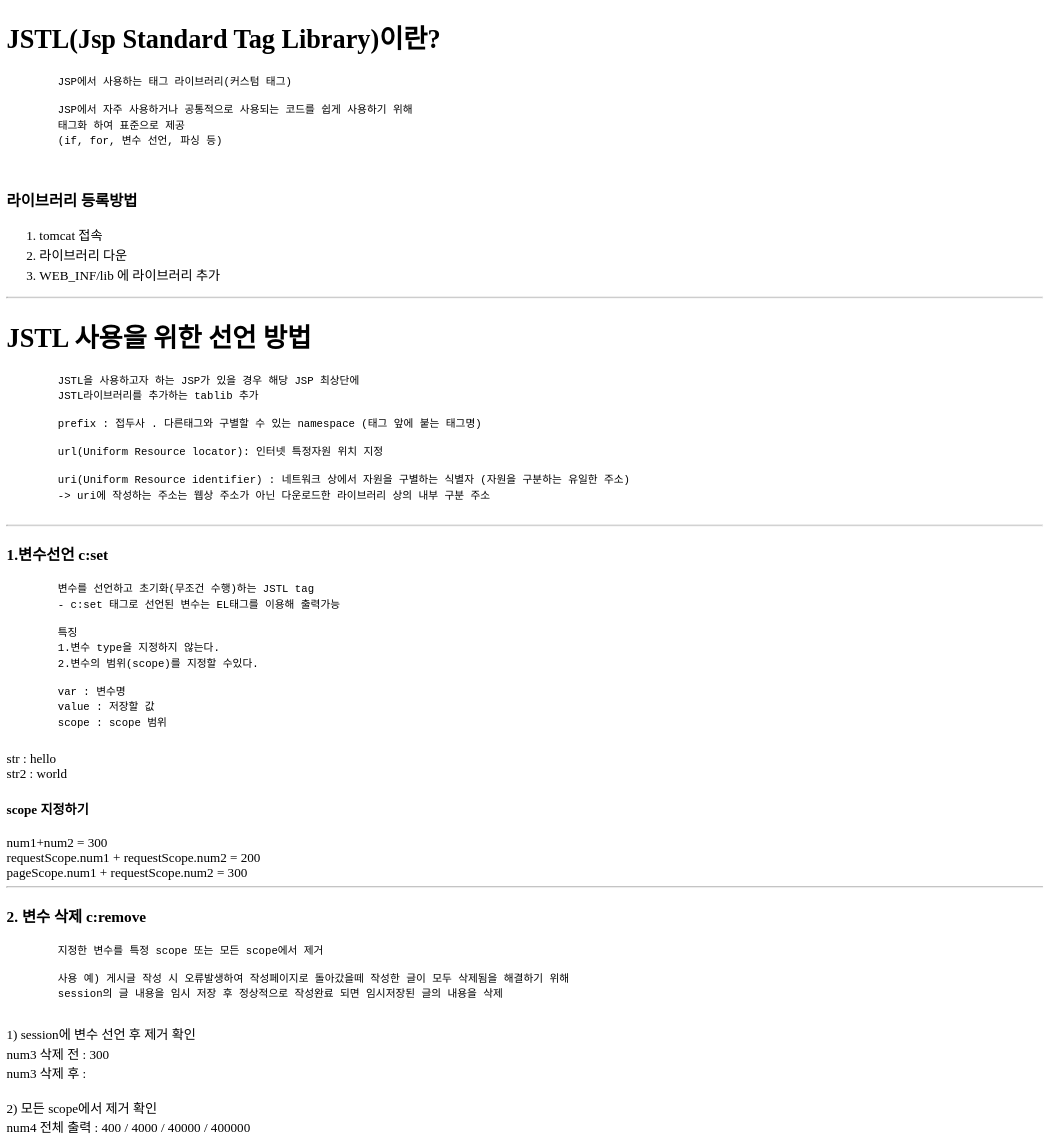
Repository: Seenee-Shin/servlet-jsp
Page: http://localhost/JSPProject/05_JSTL_1.jsp
An editor plug-in stored every save of this project. The page is shown before and after the next save, followed by the edit.
The browser window is 1280 px wide. The pictures show the whole page, at 82% of full size.
The page is served by Tomcat 9. Other server files are loaded and not shown.

Above is the page before, as saved 2021-11-30 01:50:10.

### JSPProject/src/main/webapp/05_JSTL_1.jsp
<%@ page language="java" contentType="text/html; charset=UTF-8" pageEncoding="UTF-8"%>
<%@ taglib prefix="c" uri="http://java.sun.com/jsp/jstl/core" %>
<!DOCTYPE html>
<html lang="ko">
<head>
	<meta charset="UTF-8">
	<meta name="viewport" content="width=device-width, initial-scale=1.0">
	<title>05.JSTL 개요</title>
</head>
<body>
	<h1>JSTL(Jsp Standard Tag Library)이란?</h1>

	<pre>
	JSP에서 사용하는 태그 라이브러리(커스텀 태그)

	JSP에서 자주 사용하거나 공통적으로 사용되는 코드를 쉽게 사용하기 위해
	태그화 하여 표준으로 제공
	(if, for, 변수 선언, 파싱 등)

	</pre>

	<h3>라이브러리 등록방법</h3>
	<ol>
		<li>tomcat 접속</li>
		<li>라이브러리 다운</li>
		<li>WEB_INF/lib 에 라이브러리 추가</li>
	</ol>

	<hr>
	<h1> JSTL 사용을 위한 선언 방법</h1>
	<pre>
	JSTL을 사용하고자 하는 JSP가 있을 경우 해당 JSP 최상단에
	JSTL라이브러리를 추가하는 tablib 추가

	prefix : 접두사 . 다른태그와 구별할 수 있는 namespace (태그 앞에 붙는 태그명)

	url(Uniform Resource locator): 인터넷 특정자원 위치 지정

	uri(Uniform Resource identifier) : 네트워크 상에서 자원을 구별하는 식별자 (자원을 구분하는 유일한 주소)
	-> uri에 작성하는 주소는 웹상 주소가 아닌 다운로드한 라이브러리 상의 내부 구분 주소
	</pre>

	<hr>
	<h3>1.변수선언 c:set </h3>
	<pre>
	변수를 선언하고 초기화(무조건 수행)하는 JSTL tag
	- c:set 태그로 선언된 변수는 EL태그를 이용해 출력가능

	특징
	1.변수 type을 지정하지 않는다.
	2.변수의 범위(scope)를 지정할 수있다.

	var : 변수명
	value : 저장할 값
	scope : scope 범위
	</pre>

	<% String str = "hello"; %>
	str : <%= str %>
	<br>
	<c:set var="str2" value="world"></c:set>
	str2 : ${str2}

	<h4>scope 지정하기</h4>
	<c:set var="num1" value="100"/> <!-- scope 기본값은 page -->
	<c:set var="num2" value="200" scope="request"/>
	num1+num2 = ${num1 + num2}<br>

	requestScope.num1 + requestScope.num2 = ${requestScope.num1 + requestScope.num2} <br>
	pageScope.num1 + requestScope.num2 = ${pageScope.num1 + requestScope.num2} <br>

	<hr>
	<h3>2. 변수 삭제 c:remove</h3>
	<pre>
	지정한 변수를 특정 scope 또는 모든 scope에서 제거

	사용 예) 게시글 작성 시 오류발생하여 작성페이지로 돌아갔을떼 작성한 글이 모두 삭제됨을 해결하기 위해
	session의 글 내용을 임시 저장 후 정상적으로 작성완료 되면 임시저장된 글의 내용을 삭제
	</pre>

	1) session에 변수 선언 후 제거 확인 <br>
	<c:set var="num3" value="300" scope="session"/>
	num3 삭제 전 : ${sessionScope.num3} <br>
	<c:remove var="num3" scope="session"/> <!--session의 num3제거  -->
	num3 삭제 후 : ${sessionScope.num3} <br>
	<br>
	2) 모든 scope에서 제거 확인 <br>
	<c:set var="num4" value="400"/> <!-- page scope -->
	<c:set var="num4" value="4000" scope="request"/>
	<c:set var="num4" value="40000" scope="session"/>
	<c:set var="num4" value="400000" scope="application"/>

	num4 전체 출력 : ${num4} / ${requestScope.num4} / ${sessionScope.num4} / ${applicationScope.num4}
</body>
</html>

After the next save:
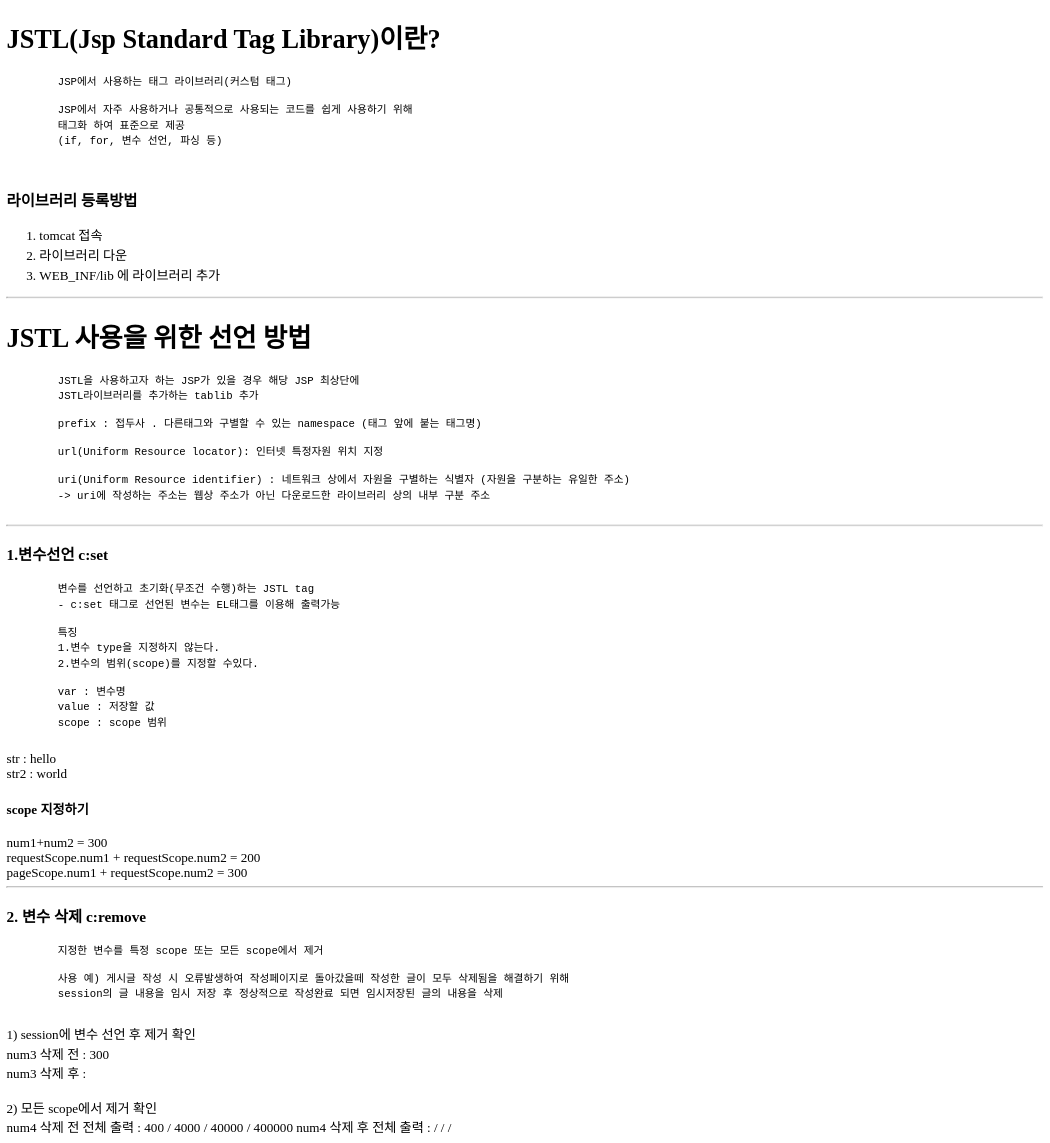
Saved 46 s later.
--- a/JSPProject/src/main/webapp/05_JSTL_1.jsp
+++ b/JSPProject/src/main/webapp/05_JSTL_1.jsp
@@ -90,6 +90,9 @@
 	<c:set var="num4" value="40000" scope="session"/>
 	<c:set var="num4" value="400000" scope="application"/>
 
-	num4 전체 출력 : ${num4} / ${requestScope.num4} / ${sessionScope.num4} / ${applicationScope.num4}
+	num4 삭제 전 전체 출력 : ${num4} / ${requestScope.num4} / ${sessionScope.num4} / ${applicationScope.num4}
+
+	<c:remove var="num4"/>
+	num4 삭제 후 전체 출력 : ${num4} / ${requestScope.num4} / ${sessionScope.num4} / ${applicationScope.num4}
 </body>
 </html>
